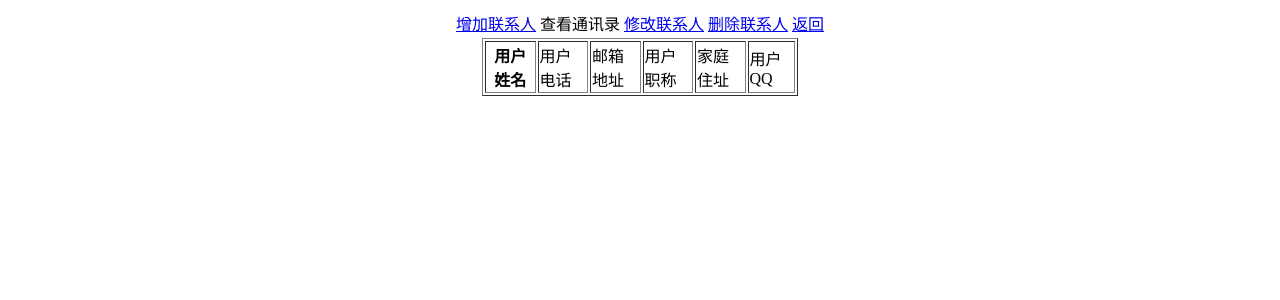
Repository: zy840055899/old-workspace
Page: http://localhost/PIMS/friendManager/lookFriend.jsp
The author's editor kept a copy of each file at every save. The page is drawn from the files as they stood at one save, then again after the next save.
The browser window is 1280 px wide. The pictures show the whole page.
The page is served by Tomcat 9. Other server files are loaded and not shown.

Above is the page before, as saved 2014-03-13 06:49:06.

### PIMS/WebContent/friendManager/lookFriend.jsp
<%@ page language="java" contentType="text/html; charset=UTF-8"
    pageEncoding="UTF-8"%>
<!DOCTYPE html PUBLIC "-//W3C//DTD HTML 4.01 Transitional//EN" "http://www.w3.org/TR/html4/loose.dtd">
<html>
<head>
<meta http-equiv="Content-Type" content="text/html; charset=UTF-8">
<title>个人信息管理系统--查看通讯录</title>
</head>
<body>

<center>

<table>

<tr>
<td><a href="http://localhost:8080/PIMS/friendManager/addFriend.jsp">增加联系人</a></td>
<td>查看通讯录</td>
<td><a href="http://localhost:8080/PIMS/friendManager/updateFriend.jsp">修改联系人</a></td>
<td><a href="http://localhost:8080/PIMS/friendManager/deleteFriend.jsp">删除联系人</a></td>
<td><a href="http://localhost:8080/PIMS/main/main.jsp">返回</a></td>
</tr>

</table>

<table border="1" width="25%">

<tr>
<th>用户姓名</th>
<td>用户电话</td>
<td>邮箱地址</td>
<td>用户职称</td>
<td>家庭住址</td>
<td>用户QQ</td>
</tr>









</table>
















</center>








</body>
</html>

After the next save:
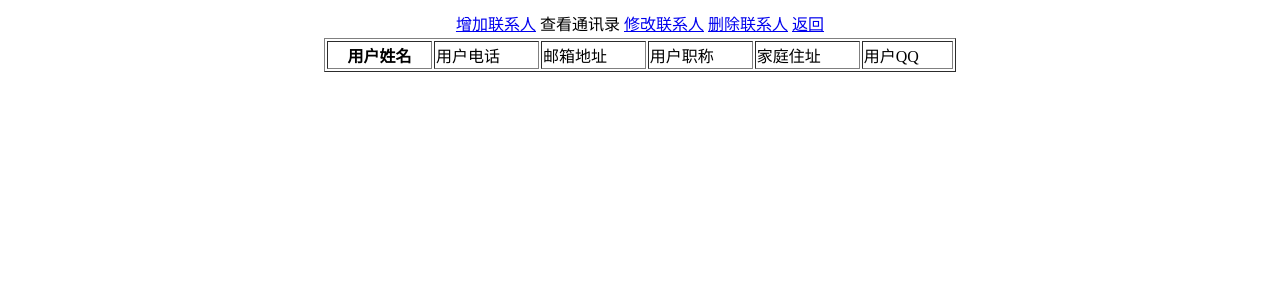
Saved 4 s later.
--- a/PIMS/WebContent/friendManager/lookFriend.jsp
+++ b/PIMS/WebContent/friendManager/lookFriend.jsp
@@ -22,7 +22,7 @@
 
 </table>
 
-<table border="1" width="25%">
+<table border="1" width="50%">
 
 <tr>
 <th>用户姓名</th>
